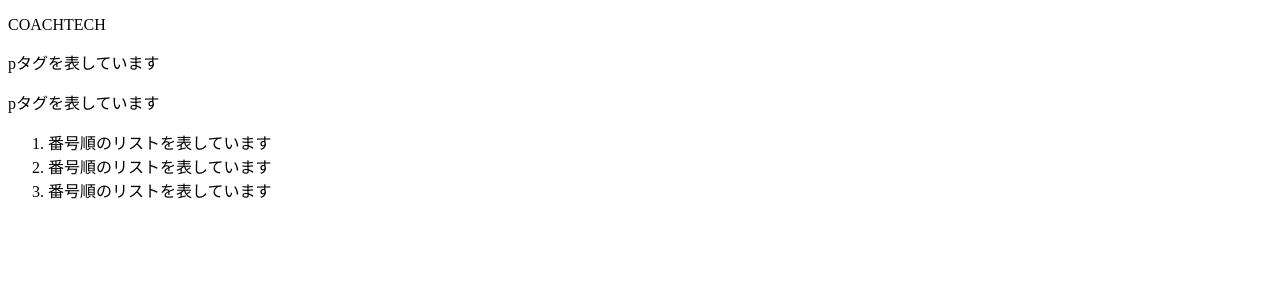
Repository: takahashigunma/20230430_takahashi_html
Page: coachtech/html-css/index.html
These files come from the project's save history. The page is drawn as it stood at one moment and after the next save; the edit follows.
The browser window is 1280 px wide. The pictures show the whole page.

Above is the page before, as saved 2023-04-10 08:06:32.

### coachtech/html-css/index.html
<!DOCTYPE html>
<html lang="ja">

<head>
    <meta charset="UTF-8" />
    <meta name="viewport" content="width=device-width, initial-scale=1.0" />
    <title>COACHTECH</title>
</head>

<body>
    <p>COACHTECH</p>
    <p>pタグを表しています</p>
    <p>pタグを表しています</p>

    <ol>
        <li>番号順のリストを表しています</li>
        <li>番号順のリストを表しています</li>
        <li>番号順のリストを表しています</li>
    </ol>
</body>

</html>

After the next save:
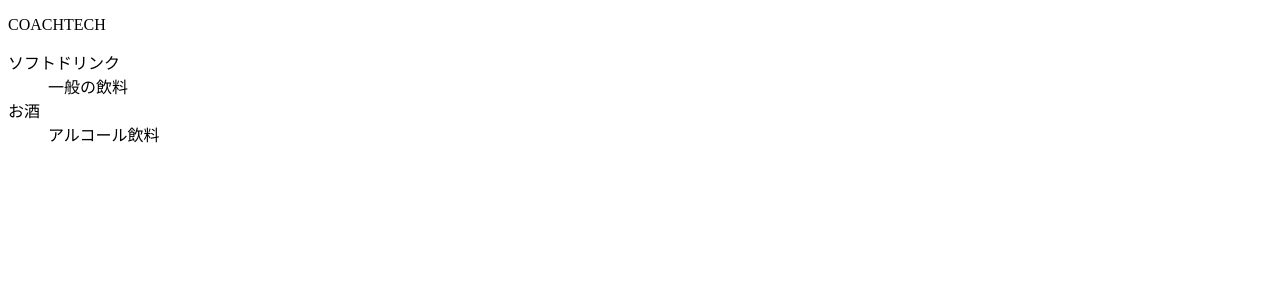
Saved 4 min 13 s later.
--- a/coachtech/html-css/index.html
+++ b/coachtech/html-css/index.html
@@ -9,14 +9,12 @@
 
 <body>
     <p>COACHTECH</p>
-    <p>pタグを表しています</p>
-    <p>pタグを表しています</p>
-
-    <ol>
-        <li>番号順のリストを表しています</li>
-        <li>番号順のリストを表しています</li>
-        <li>番号順のリストを表しています</li>
-    </ol>
+<dl>
+    <dt>ソフトドリンク</dt>
+    <dd>一般の飲料</dd>
+    <dt>お酒</dt>
+    <dd>アルコール飲料</dd>
+</dl>
 </body>
 
 </html>
